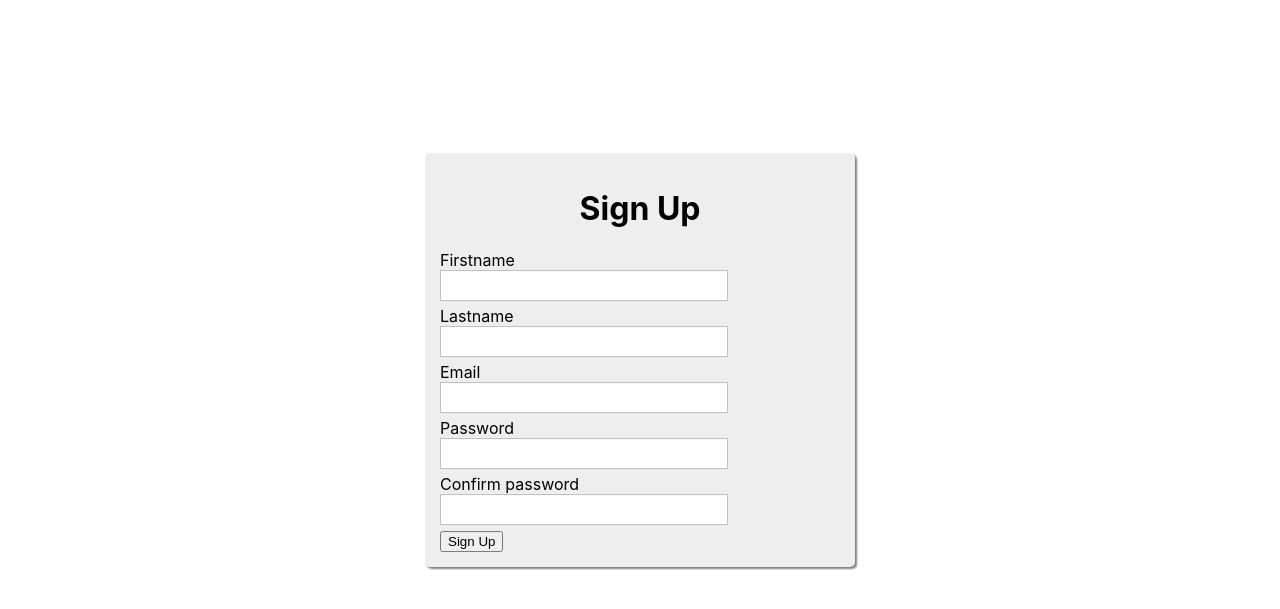
Repository: khamraeva/JSP-homework1-sighup
Page: /
An editor plug-in stored every save of this project. The page is shown before and after the next save, followed by the edit.
The browser window is 1280 px wide. The pictures show the whole page.
The project was rebuilt for these pictures with package versions that can differ from the ones it lists, and the page was loaded fresh each time. Also part of the build but not shown: src/App.css.

Above is the page before, as saved 2020-07-22 17:01:01.

### src/App.js
import React from 'react';
import SignUp from './Components/SignUp/SignUp';
import './App.css';


function App() {
  return (
    <div className="App">
      <SignUp />
    </div>
  );
}

export default App;

### src/Components/SignUp/SignUp.js
import React, { Component } from 'react';
import './SignUp.css';

class SignUp extends Component {
    render() {
        return (
            <div className={'signup-container'}>
                <h1>Sign Up</h1>
                <form className={'signup-form'}>
                    <label>Firstname</label>
                    <input
                        className='input'
                        type='text'
                    />
                    <label>Lastname</label>
                    <input
                        className='input'
                        type='text'
                    />
                    <label>Email</label>
                    <input
                        className='input'
                        type='text'
                    />
                    <label>Password</label>
                    <input
                        className='input'
                        type='password'
                    />
                    <label>Confirm password</label>
                    <input
                        className='input'
                        type='password'
                    />
                    <button>Sign Up</button>
                </form>
            </div>
        )
    }
}

export default SignUp

### src/Components/SignUp/SignUp.css
.signup-container {
    padding: 50px;
    background: #ccc;
    position: fixed; top: 50%; left: 50%;
    transform: translate(-50%, -50%);
    /* display: flex;
    justify-content: center;
    flex-direction: column; */
    /* padding-top: 100px; */
    /* flex-grow: 1; */
    width: 400px;
    background: #eee;
    box-shadow: 2px 2px 2px rgba(0, 0, 0, .5);
    padding: 15px;
    border-radius: 5px;
}

.signup-container h1 {
    text-align: center;
}

.signup-form {
    width: 90%;
}

.input {
    display: block;
    /* justify-content: center; */
    box-sizing: border-box;
    border: 1px solid #bebebe;
    padding: 7px;
    margin: 0 0 5px;
    width: 80%;
    outline: none;
    transition: all 300ms ease-in-out;
}

Loaded but not shown: public/index.html (common file); src/index.js (common file); src/index.css (common file); src/serviceWorker.js (common file)

After the next save:
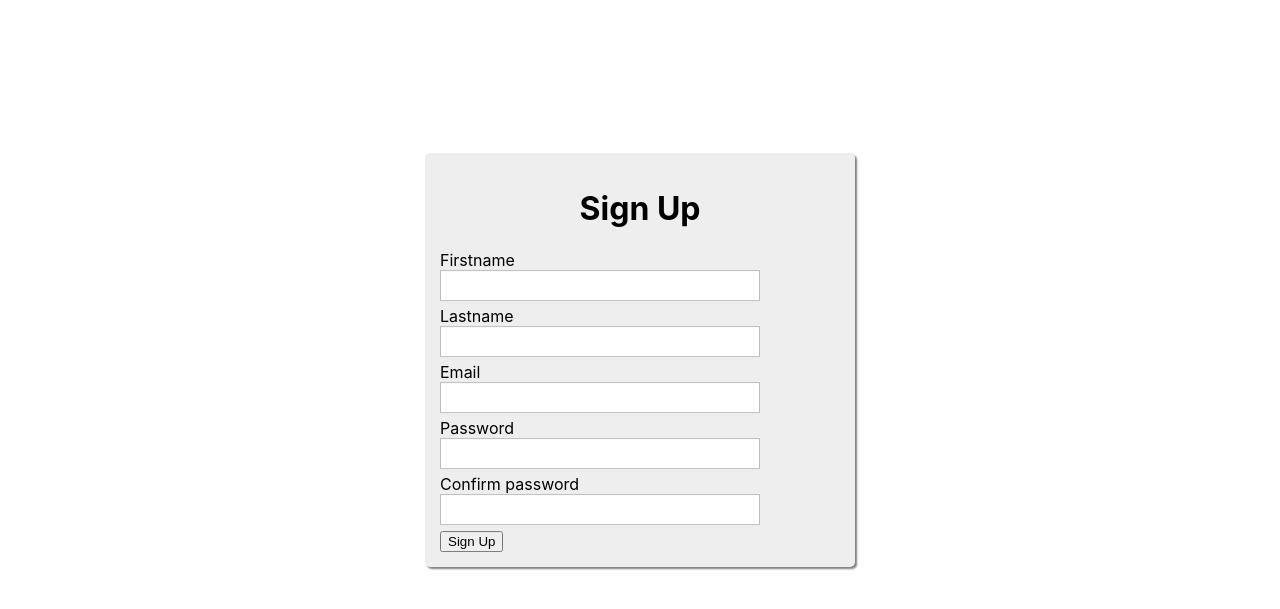
Saved 19 s later.
--- a/src/Components/SignUp/SignUp.css
+++ b/src/Components/SignUp/SignUp.css
@@ -3,11 +3,7 @@
     background: #ccc;
     position: fixed; top: 50%; left: 50%;
     transform: translate(-50%, -50%);
-    /* display: flex;
-    justify-content: center;
-    flex-direction: column; */
-    /* padding-top: 100px; */
-    /* flex-grow: 1; */
+
     width: 400px;
     background: #eee;
     box-shadow: 2px 2px 2px rgba(0, 0, 0, .5);
@@ -20,12 +16,11 @@
 }
 
 .signup-form {
-    width: 90%;
+
 }
 
 .input {
     display: block;
-    /* justify-content: center; */
     box-sizing: border-box;
     border: 1px solid #bebebe;
     padding: 7px;
